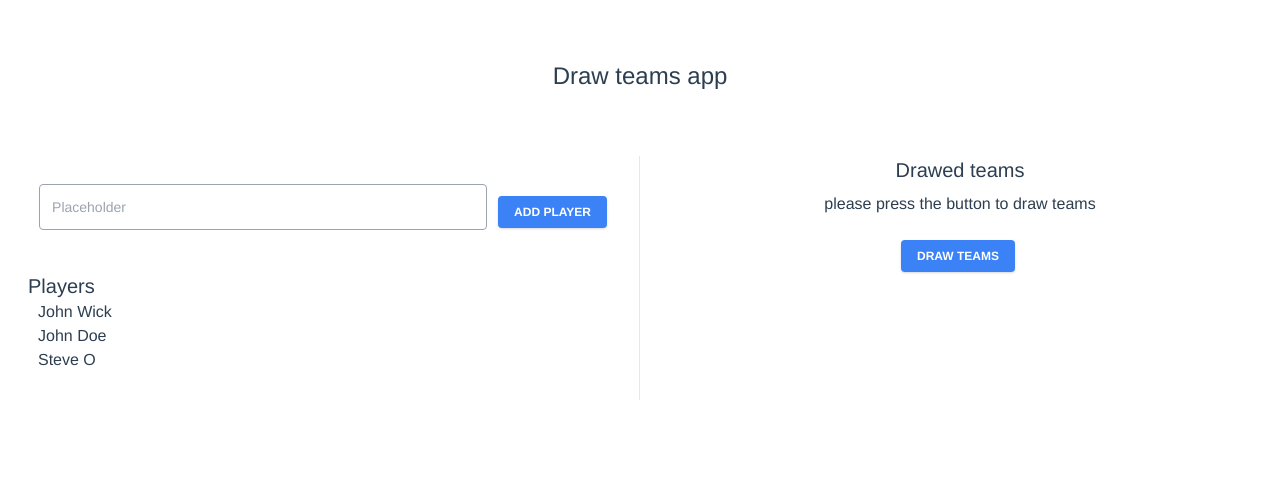
Repository: AlekJanevski/draw-teams-app
Page: /
The author's editor kept a copy of each file at every save. The page is drawn from the files as they stood at one save, then again after the next save.
The browser window is 1280 px wide. The pictures show the whole page.
The project was rebuilt for these pictures with package versions that can differ from the ones it lists, and the page was loaded fresh each time.

Above is the page before, as saved 2021-03-18 21:25:24.

After the next save:
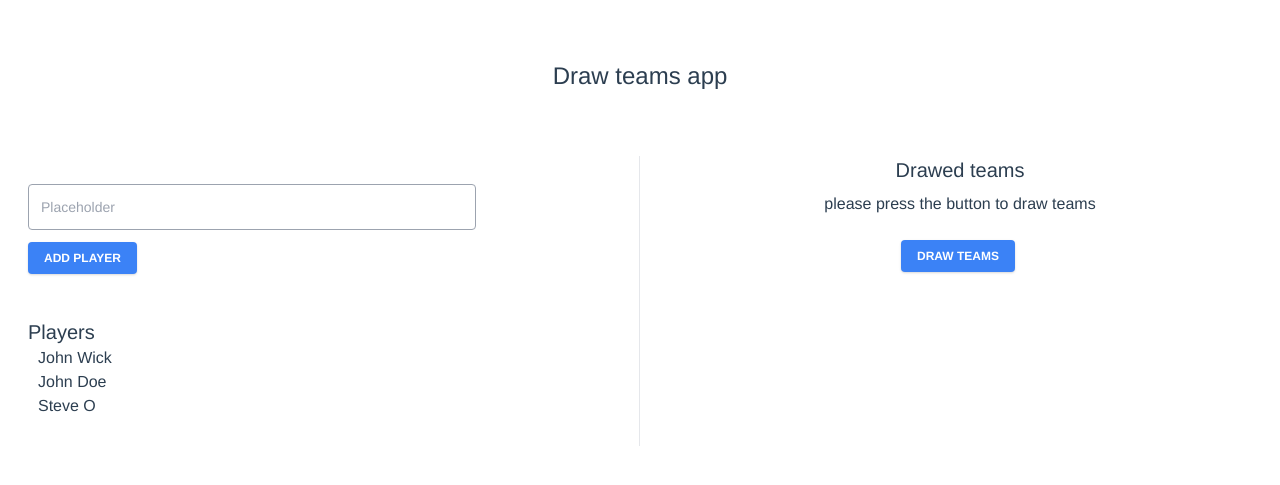
Saved 2 min 25 s later.
--- a/src/components/HelloWorld.vue
+++ b/src/components/HelloWorld.vue
@@ -4,7 +4,7 @@
 
     <!-- Add user wrapper starts -->
     <div class="float-left w-1/2 h-full mb-3 border-r p-7">
-      <form name="add-user" method="post" @submit.prevent="addUser">
+      <form name="add-user" method="post" @submit.prevent="addUser" class="flex flex-col items-start">
         <!-- Add user input starts -->
         <input
           v-model="userInput"
